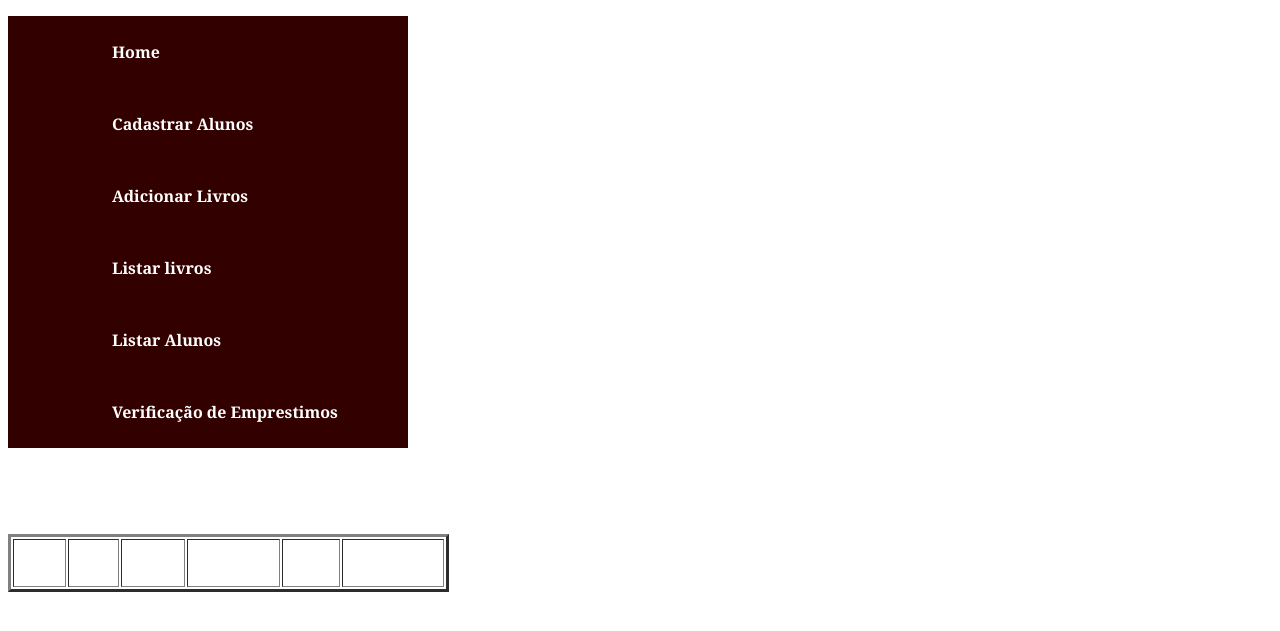
Repository: maisapr/petshoponline
Page: http://localhost/bibliotecaspring/WEB-INF/views/livros/listarLivro.jsp
These files come from the project's save history. The page is drawn as it stood at one moment and after the next save; the edit follows.
The browser window is 1280 px wide. The pictures show the whole page.
The page is served by Tomcat 9. Nobody is signed in. The template is opened directly, without the code that normally fills it, so the values that code supplies are empty.

Above is the page before, as saved 2018-11-16 14:27:56.
Not found: PetShopSpring/bibliotecaspring/bibliotecaspring/WEB-INF/views/livros/menu.PNG

After the next save:
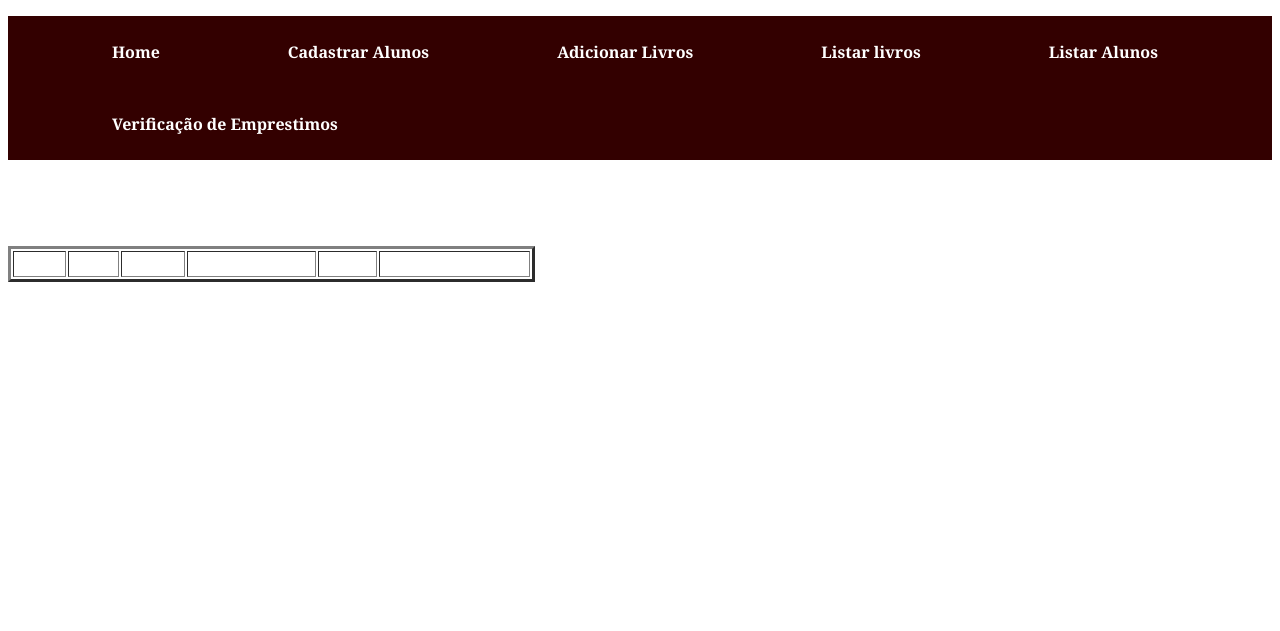
Saved 79 s later.
--- a/PetShopSpring/bibliotecaspring/WebContent/WEB-INF/views/Menu.jsp
+++ b/PetShopSpring/bibliotecaspring/WebContent/WEB-INF/views/Menu.jsp
@@ -23,9 +23,7 @@
 }
 
 body {
-    width: 400px;
-    height: 30px;
-    background-image: url(menu.PNG);
+	background-image: url("menu.PNG");
 }
 
 ul {
